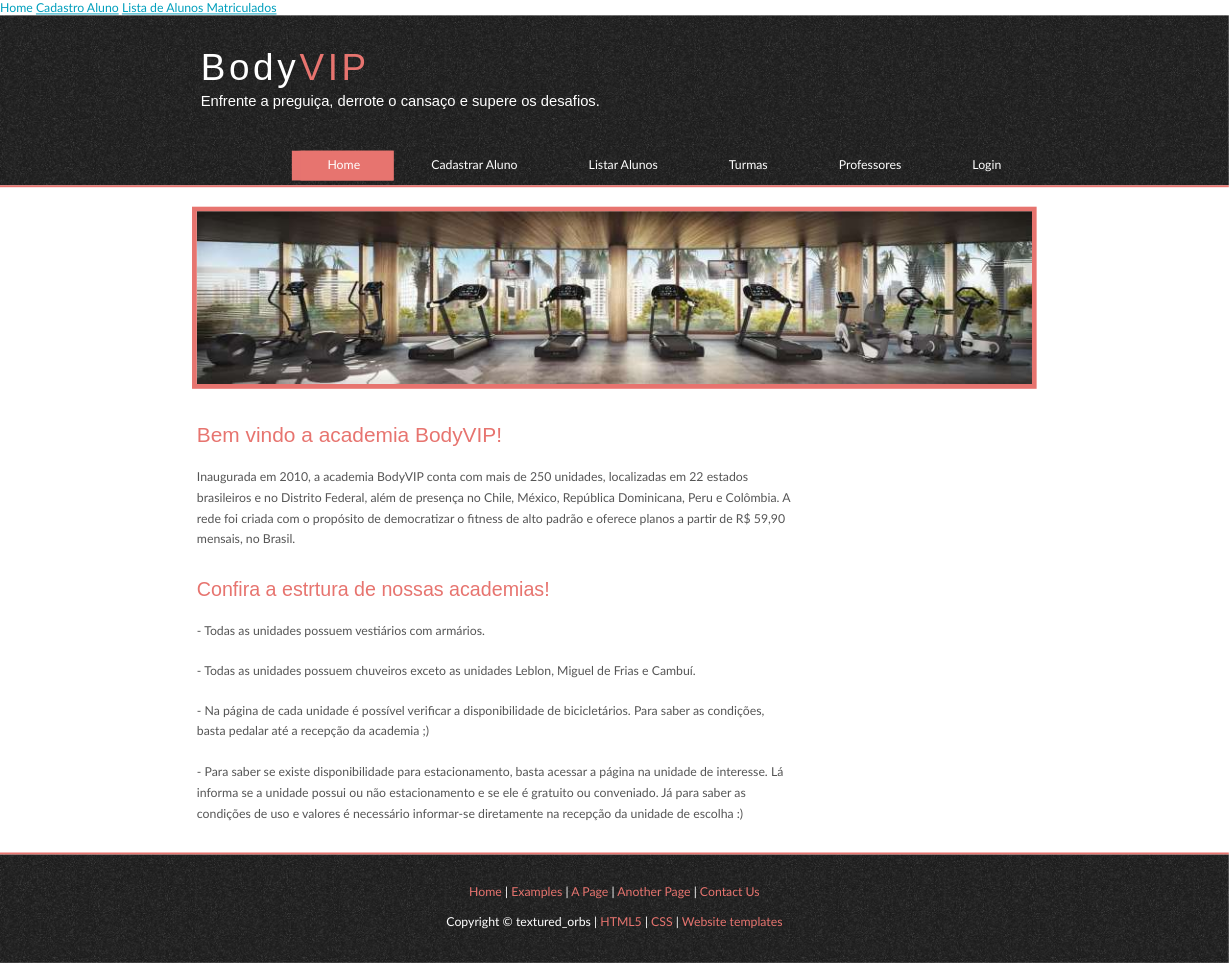
Repository: Thais-Ferreira/Projeto_bodyVIP
Page: http://localhost/BodyVIP/home.jsp
These files come from the project's save history. The page is drawn as it stood at one moment and after the next save; the edit follows.
The browser window is 1280 px wide. The pictures show the whole page, at 96% of full size.
The page is served by Tomcat 9.

Above is the page before, as saved 2017-06-18 23:36:55.

After the next save:
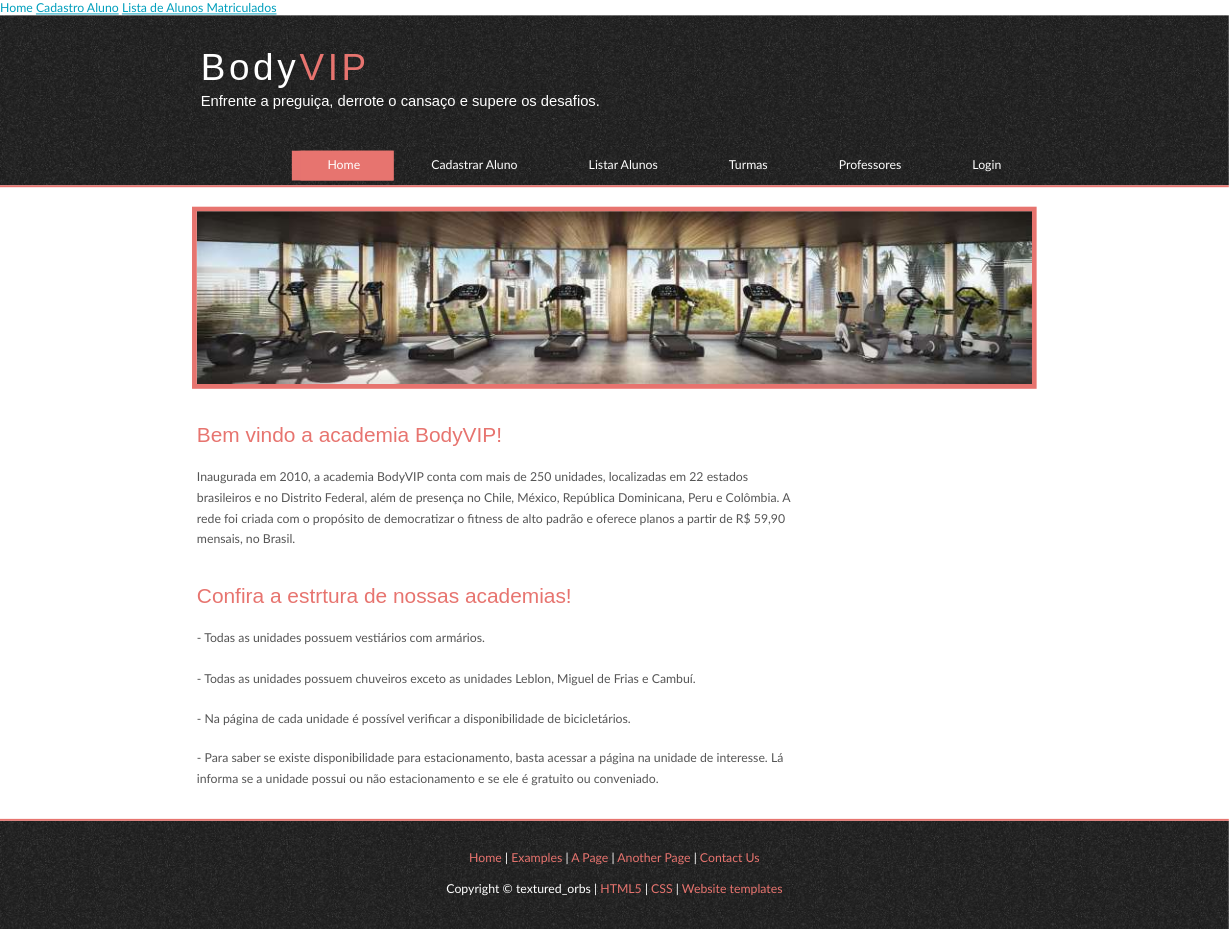
Saved 49 s later.
--- a/BodyVIP/WebContent/home.jsp
+++ b/BodyVIP/WebContent/home.jsp
@@ -42,15 +42,12 @@
         A rede foi criada com o propósito de democratizar o fitness de alto padrão e oferece planos
         a partir de R$ 59,90 mensais, no Brasil.
 		</p>
-        <h2>Confira a estrtura de nossas academias!</h2>
+        <h1>Confira a estrtura de nossas academias!</h1>
         <p>- Todas as unidades possuem vestiários com armários.</p>
         <p>- Todas as unidades possuem chuveiros exceto as unidades Leblon, Miguel de Frias e Cambuí.</p>
-        <p>- Na página de cada unidade é possível verificar a disponibilidade de bicicletários.
-        Para saber as condições, basta pedalar até a recepção da academia ;)</p>
+        <p>- Na página de cada unidade é possível verificar a disponibilidade de bicicletários. </p>
         <p>- Para saber se existe disponibilidade para estacionamento, basta acessar a página na unidade de
-        interesse. Lá informa se a unidade possui ou não estacionamento e se ele é gratuito ou conveniado.
-        Já para saber as condições de uso e valores é necessário informar-se diretamente na recepção
-        da unidade de escolha :)</p>
+        interesse. Lá informa se a unidade possui ou não estacionamento e se ele é gratuito ou conveniado. </p>
       </div>
     </div>
     <div id="content_footer"></div>
